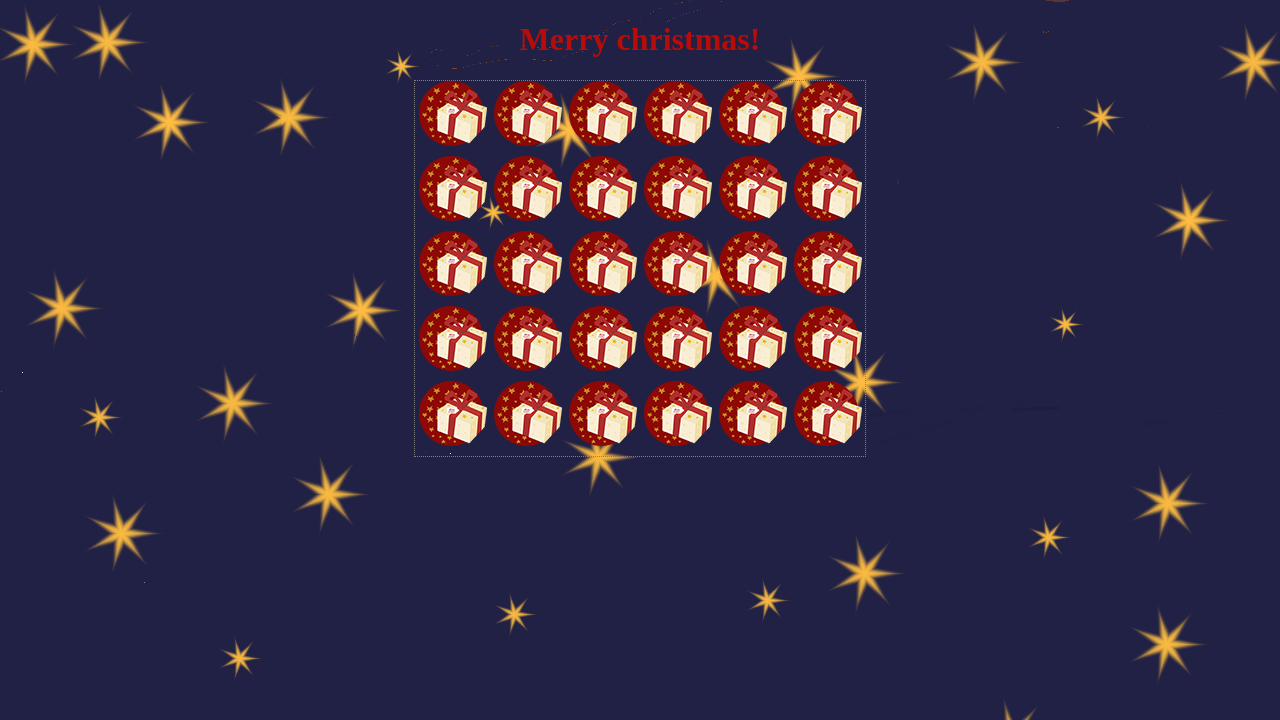
Repository: Angamanga/1dv403-laborationer
Page: 3-gameon/memory/index.html
The author's editor kept a record of every edit. The page is drawn from the files as they stood at one moment, then again after the next edit.
The browser window is 1280 px wide. The pictures show the whole page.
Some web fonts or font styles are not loaded; a fallback is used.

Above is the page before.

### 3-gameon/memory/index.html
<!doctype html>
<html lang="sv">

<head>
    <meta charset="utf-8" />
    <title>Game On!</title>
    <link href='//fonts.googleapis.com/css?family=Mountains+of+Christmas' rel='stylesheet' type='text/css'>
    <link rel="stylesheet" media="screen and (min-width:501px)" href="css/style.css">
    <link rel="stylesheet" media="screen and (max-width:500px)" href="css/mobile.css">
    <meta name="viewport" content="width=device-width, minimum-scale=1">



</head>

<body>
    <main>
        <h1>Merry christmas!</h1>

            <div id="game1"></div>
            <!--<div id="game2"></div>-->


    </main>
     <script src="js/random.js"></script>
     <script src="js/brick.js"></script>
    <script src="js/memory.js"></script>
    <script src="js/script.js"></script>
</body>
</html>

### 3-gameon/memory/css/style.css
/*@media screen and (min-width: 501px)*/
body{
    font-family: 'Mountains of Christmas', cursive;
    background:url(christmassy.png);
    background-color:#E6C79C;
    color:#B80C09;
}

main{
    max-width:960px;

    margin:auto;
    text-align:center;
}
#game1{
    margin:20px;
    margin:0 auto;
    border: 1px dotted grey;
}

#game2{

    margin:0 auto;
    border: 1px dotted grey;
}
#game1 > div, #game2>div{
    float:left;
    width:75px;
    height:75px
}

/*#game1, #game2 > div{*/
/*    background: url(/pics/back.jpg) no-repeat;*/
/*}*/

### 3-gameon/memory/js/random.js

var RandomGenerator = {

	/*
		Denna metod tar antalet rader och columner som inparameter.

		Metoden returnerar en array inneh�llandes utslumpade tal mellan 1 och (rows*cols)/2. Varje tal representeras tv�
		g�nger och motsvarar s�ledes en spelbricka.

		I en 4*4 matris kan Arrayen t.ex. se ut s� h�r:
		[1,2,6,8,6,2,5,3,1,3,7,5,8,4,4,7]

		I en 2*4 matris kan Arrayen t.ex. se ut s� h�r:
		[3,4,4,1,2,1,2,3]
	*/

	getPictureArray: function(rows, cols)
	{
		var numberOfImages = rows*cols;
		var maxImageNumber = numberOfImages/2;

	   	var imgPlace = [];

	   //Utplacering av bilder i Array
	   for(var i=0; i<numberOfImages; i++)
		  imgPlace[i] = 0;

		for(var currentImageNumber=1; currentImageNumber<=maxImageNumber; currentImageNumber++)
		{
			var imageOneOK = false;
			var imageTwoOK = false;

			do
			{
				if(imageOneOK == false)
				{
					var randomOne = Math.floor( (Math.random() * (rows*cols-0) + 0) );

					if( imgPlace[randomOne] == 0 )
					{
						imgPlace[randomOne] = currentImageNumber;
						imageOneOK = true;
					}
				}

				if(imageTwoOK == false)
				{
					var randomTwo = Math.floor( (Math.random() * (rows*cols-0) + 0) );

					if( imgPlace[randomTwo] == 0 )
					{
						imgPlace[randomTwo] = currentImageNumber;
						imageTwoOK = true;
					}
				}
			}
			while(imageOneOK == false || imageTwoOK == false);
		}

		return imgPlace;
	}
}

### 3-gameon/memory/js/brick.js
"use strict";
function Brick(id){

	this.getBrickID = function(){
		return id;
	};
	this.getBrickSrc= function(){
		return "pics/" + id +".png";
	}


	}

### 3-gameon/memory/js/memory.js
"use strict";

var Memory = function(rows, cols, gameID) {
    this.rows = rows; // antal rader
    this.cols = cols; // antal kolumner
    this.gameID = gameID; //hanvisning till div id
    this.order = RandomGenerator.getPictureArray(rows, cols); //array med slumpade nummer
    this.bricks = []; //array med brickor som ska anvandas
    this.flippedBricks = [];
    this.counter = 0;
    this.nbCorrectGuesses = 0;
    this.classID;
    this.nbGuesses = 0;

};

Memory.prototype.flipBrick = function(n, backImage) {
        if (this.counter === 0) {
            this.flippedBricks.push(this.bricks[n].getBrickID());
            this.classID = n;

            return this.bricks[n].getBrickSrc();
        }
        else if (this.counter === 1) {
            this.flippedBricks.push(this.bricks[n].getBrickID());
            return this.bricks[n].getBrickSrc();
        }
    }
    //         else if(this.counter===1){
    //             backImage.src = this.bricks[n].getBrickSrc();
    //             this.brick2=this.bricks[n].getBrickID();
    //           var brick1=document.getElementsByClassName(this.classID);
    //         //     if(this.brick1.getBrickID()===this.brick2.getBrickID()){
    //         //     this.nbCorrectGuesses+2;
    //         //     if(this.nbCorrectGuesses===this.bricks.length){
    //         //     alert("Du klarade det pa " +this.nbCorrectGuesses/2+" gissningar!");
    //         //  }
    //         // else{
    //      setTimeout(function() {
    //         backImage.src = "pics/back.png";
    //         brick1.backImage.src="pics/back.png";
    //      }, 700);
    //      this.counter=0;

//     //     }
//     //   };

//             }
//         }.bind(this);


//   };

Memory.prototype.addBricks = function(n) {
    var memBoard = document.getElementById(this.gameID);
    memBoard.style.width=(this.cols*75+"px");
    memBoard.style.height=(this.rows*75+"px");
    var a = document.createElement("a");
    var backImage = document.createElement("img");
    var div = document.createElement("div");
    a.setAttribute("href", "#");
    backImage.setAttribute("class", n);
    backImage.src = "pics/back.png";
    memBoard.appendChild(div);
    div.appendChild(a);
    a.appendChild(backImage);

    a.onclick = function(e) {
        console.log(this.nbCorrectGuesses);
        if (this.counter === 0) {
            backImage.src = this.flipBrick(n);
            this.counter = 1;
            this.nbGuesses += 1;
            }
        else if (this.counter === 1) {
            backImage.src = this.flipBrick(n);
            if (this.flippedBricks[0] === this.flippedBricks[1]) {
                this.nbCorrectGuesses += 2;
                    if (this.nbCorrectGuesses === this.bricks.length) {
                        alert("You won the game! You needed " + this.nbGuesses + " to finish the game!");
                    }
            }
            else {
                    setTimeout(function() {
                        backImage.src = "pics/back.png";
                        var firstBrick = memBoard.getElementsByClassName(this.classID)[0];
                     firstBrick.src="pics/back.png";
                        }.bind(this), 700);
                    }
                this.flippedBricks=[];
                this.counter=0;
                }

    }.bind(this);

};

Memory.prototype.start = function() {
    //skapar brickor med slumpade id:n och lagger dom i arrayen bricks.
    for (var i = 0; i < this.order.length; i++) {
        this.bricks[i] = new Brick(this.order[i]);
    }
    //lagger ut brickorna pa sidan
    for (var j = 0; j < this.bricks.length; j++) {
        this.addBricks(j);
    }
};

### 3-gameon/memory/js/script.js
"use strickt";
var MemoryApp = {
   init: function(){
      var mem1 = new Memory(5,6,"game1");
      //var mem2 = new Memory(4,3,"game2");
      mem1.start();
      //mem2.start();
   }
};

window.onload=MemoryApp.init();

### 3-gameon/memory/css/mobile.css
/*@media screen and (max-width: 500px)*/
body{
    font-family: 'Mountains of Christmas', cursive;
    background-color:#E6C79C;
    color:#143109;
}
main{
    max-width:90%;
    background-color:#B80C09;
    margin:auto;
    text-align:center;
}

After the next edit:
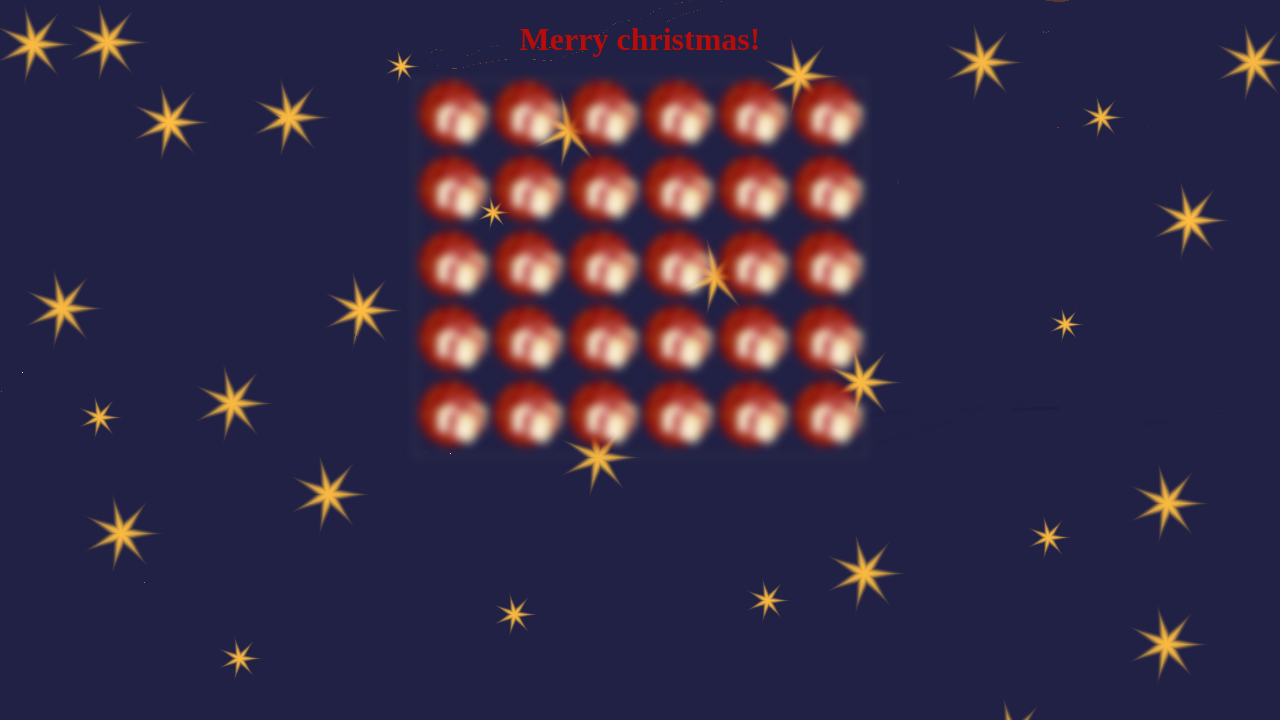
The edit:
--- a/3-gameon/memory/css/style.css
+++ b/3-gameon/memory/css/style.css
@@ -13,6 +13,14 @@
     text-align:center;
 }
 #game1{
+     background:url(christmassy.png)
+     -webkit-filter: blur(5px);
+  -moz-filter: blur(5px);
+  -o-filter: blur(5px);
+  -ms-filter: blur(5px);
+  filter: blur(5px);
+     overflow:hidden;
+    background:
     margin:20px;
     margin:0 auto;
     border: 1px dotted grey;
